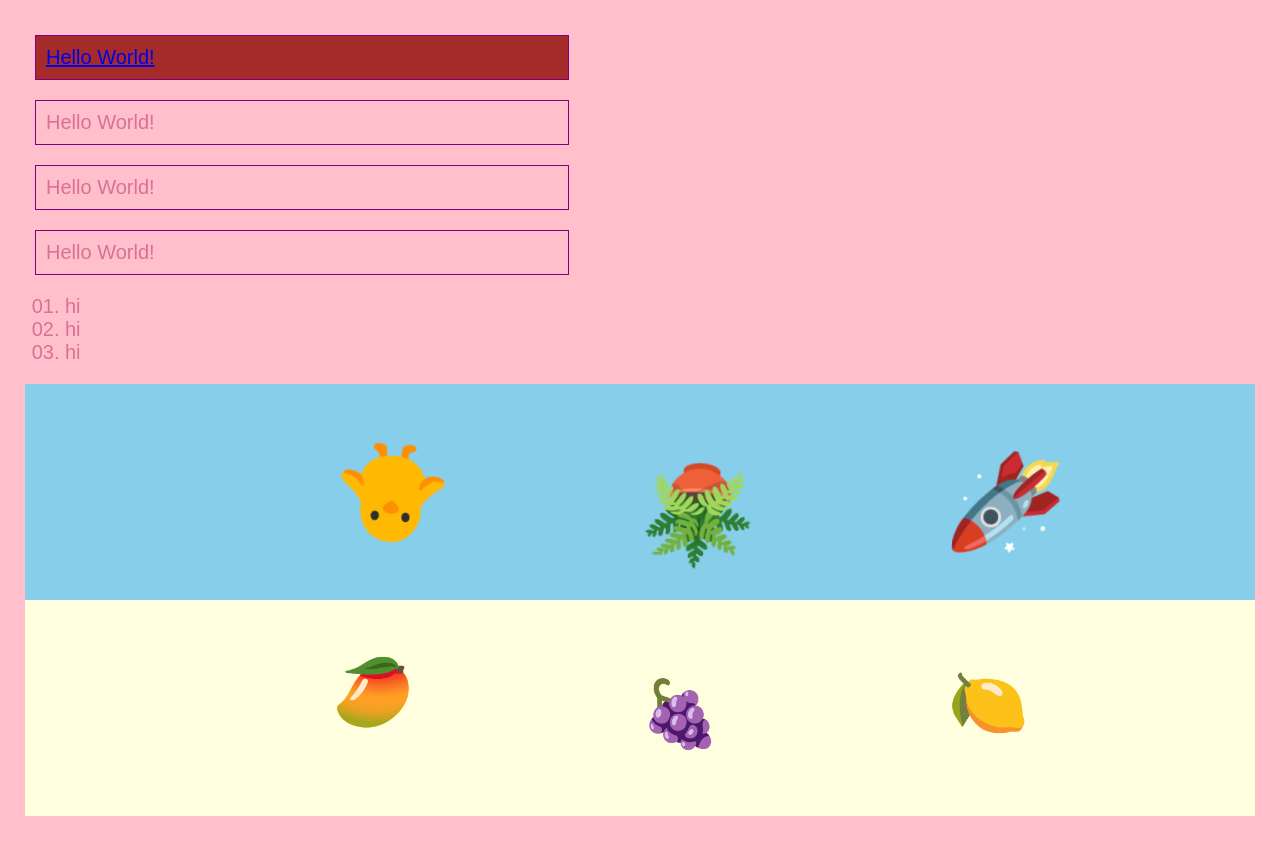
Repository: j1s00jang/MDIA-2109
Page: index2.html
An editor plug-in stored every save of this project. The page is shown before and after the next save, followed by the edit.
The browser window is 1280 px wide. The pictures show the whole page.

Above is the page before, as saved 2025-02-24 10:54:34.

### index2.html
<!DOCTYPE html>
<html lang="en">
<head>
    <meta charset="UTF-8">
    <meta name="viewport" content="width=device-width, initial-scale=1.0">
    <title>Document</title>
    <link rel="stylesheet" href="css/style.css">
</head>
<body>
    <!-- <section>
        Hello World!🐶
    </section>
    <section class="container">
        And Hello!🐻‍❄️
    </section>
    <section class="container" id="specific-container">
        Hello, Teenie!🐰
    </section>
    <section class="section">
        <section class="container">
            Hello fox!🦊
        </section>
    id is override everything!
    id > selector > element
    !important <- it makes absolute value, not effected
    </section> -->



    <section class="container">
        <a href="321.html" class="link">Hello World!</a>
    </section>
    <section class="container">
        Hello World!
    </section>
    <section class="container">
        Hello World!
    </section>
    <section class="container">
        Hello World!
    </section>
    <ul>
        <li>
            hi
        </li>
        <li>
            hi
        </li>
        <li>
            hi
        </li>
    </ul>



    <div class="css">
        <span class="css__spinner spin">🐥</span>
        <span class="css__spinner moreSpin">🪴</span>
        <span class="css__spinner mostSpin">🚀</span>
    </div>

    <div class="js">
        <span class="js__spinner spin">🥭</span>
        <span class="js__spinner moreSpin">🍇</span>
        <span class="js__spinner mostSpin">🍋</span>
    </div>


    <script src="script.js"></script>



</body>
</html>

### css/style.css
/* Resets and Basics */

html {
    font-family: "Futura", sans-serif;
    font-size: 1.25em;
    background-color: pink;
    padding: 1.25em;
    color:palevioletred;
}

body {
    margin: 0;
}


section {
    border: 1px solid gray;
    /* border-width: 1px;
    border-style: solid;
    border-color: gray; */
    width: 40vw;
    /* vw is almost similar with % */
    padding: 10px;
    margin: 10px;
}


section .container {
    border-color: darkorange;
}

.container {
    border: 1px solid;
    border-color: purple;
    transition: all 0.5s;
}


.container:first-child {
    background-color: brown;
}




.container:hover {
    width: 50vw;
}

.container + .container {
    margin-top: 20px;
}


.link {
    transition: background-color 1s;
}

.link:hover {
    text-decoration: underline;
    color: gray;
    background-color: hotpink;
}



#specific-container {
    border-color: blue;
}


ul {
    list-style-type: decimal-leading-zero;
}







.icon-box {
    padding: 5px;
}

.icon-box__image {
    width: 40px;
    height: 40px;
}

.icon-box__heading {
    font-size: 20px;
    margin: 10px 0;
    text-align: center;
}

.icon-box__text {
    color: gray;
    font-size: 12px;
}


/* Animations */

.css, .js {
    position: relative;
    height: 30vh;
    font-size: 65px;
}

.css {
    background: skyblue;
}

.js {
    background: lightyellow;

}


.css__spinner,
.js__spinner {
    position: absolute;
}


.css__spinner {
    animation: makeItSpin 3s ease-in infinite;
}



.spin { left: 25%; top: 25%; }
.moreSpin { left: 50%; top: 35%; }
.mostSpin { left: 75%; top: 30%; }



@keyframes makeItSpin {
    0% {
        transform: rotate(0);
    }
    50% {
        font-size: 100px;
    }
    100% {
        transform: rotate(360deg);
    }
}

### script.js
const $spin = document.querySelector(".js__spinner.spin");
const $moreSpin = document.querySelector(".js__spinner.moreSpin");
const $mostSpin = document.querySelector(".js__spinner.mostSpin");

After the next save:
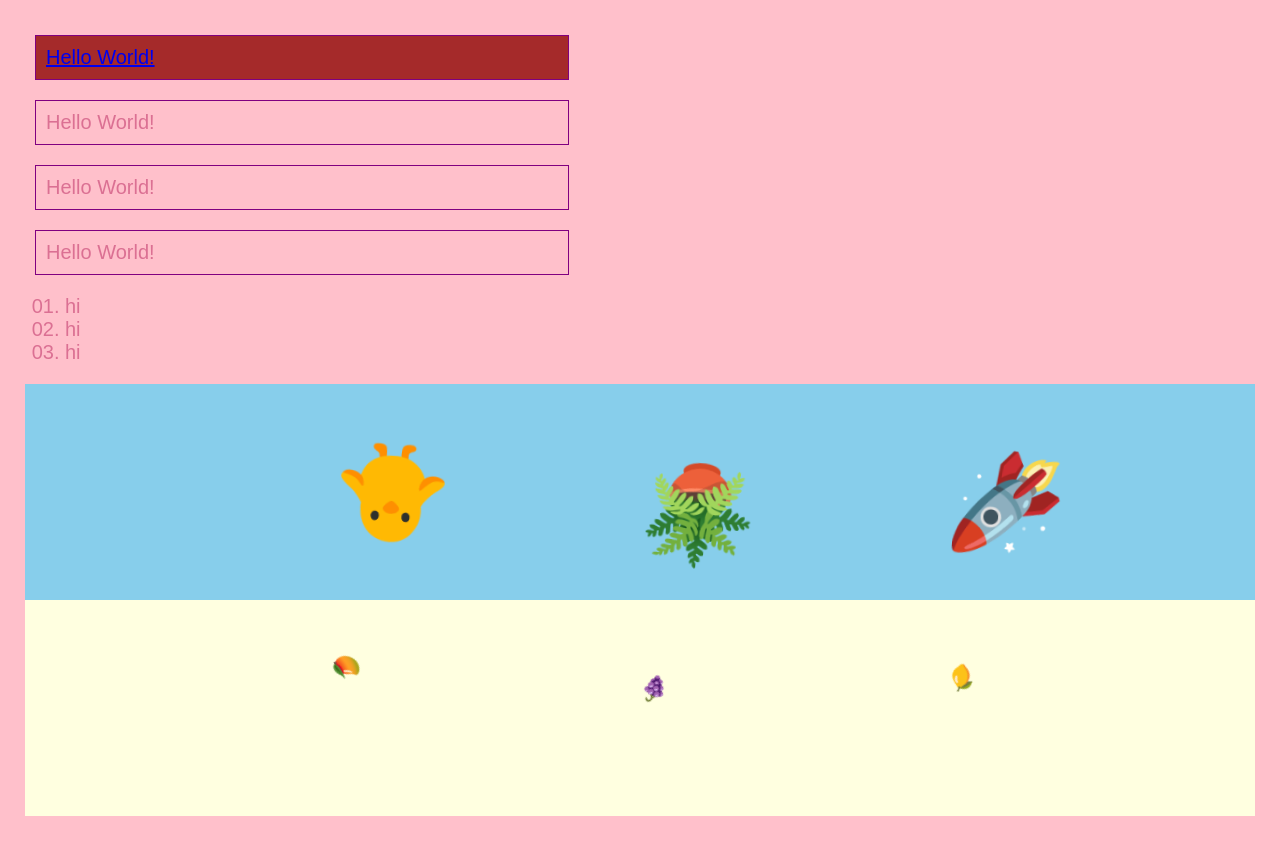
Saved 2 s later.
--- a/script.js
+++ b/script.js
@@ -1,3 +1,27 @@
 const $spin = document.querySelector(".js__spinner.spin");
 const $moreSpin = document.querySelector(".js__spinner.moreSpin");
 const $mostSpin = document.querySelector(".js__spinner.mostSpin");
+
+
+
+
+const keyframes = [
+    { transform: "rotate(0)" },
+    {
+        transform: "rotate(360deg)",
+        fontSize: "0"
+     }
+];
+
+
+
+const options = {
+    duration: 3000,
+    iterations: Infinity,
+
+}
+
+
+$spin.animate(keyframes, options);
+$moreSpin.animate(keyframes, options);
+$mostSpin.animate(keyframes, options);
